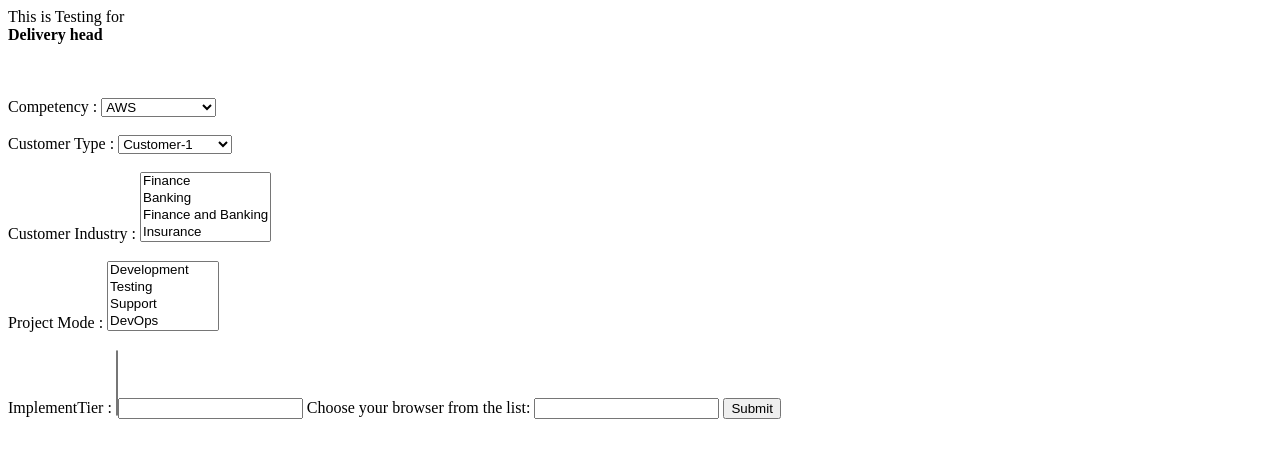
Repository: Perwaiz21/STS
Page: http://localhost/AWS_Web/
The author's editor kept a copy of each file at every save. The page is drawn from the files as they stood at one save, then again after the next save.
The browser window is 1280 px wide. The pictures show the whole page.
The page is served by Tomcat 9.

Above is the page before, as saved 2021-02-18 09:54:19.

After the next save:
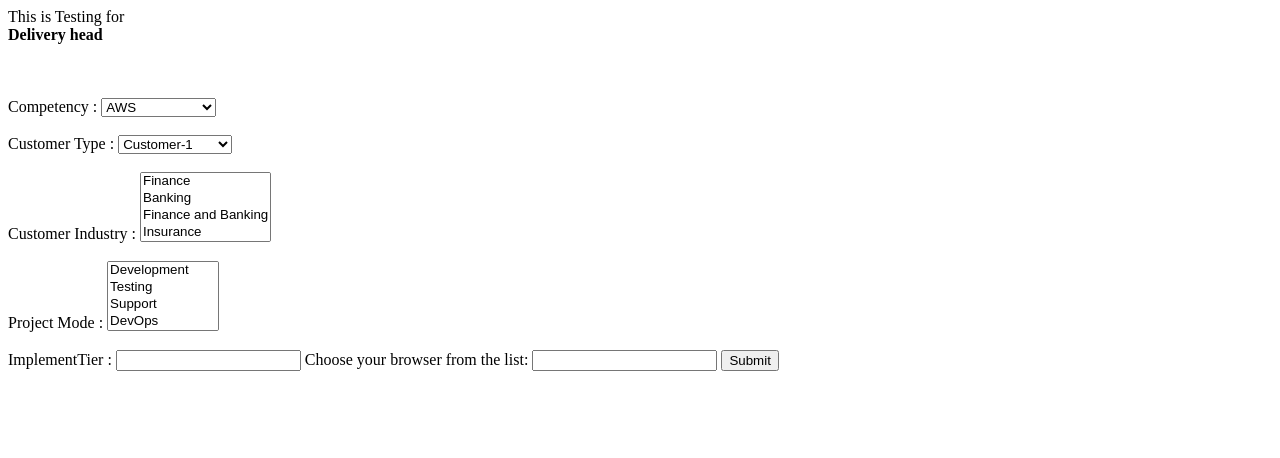
Saved 6 s later.
--- a/AWS_Web/WebContent/index.jsp
+++ b/AWS_Web/WebContent/index.jsp
@@ -49,7 +49,7 @@
 			<option value="Management">Management</option>
 			<option value="DB Administration">DB Administration</option>
 		</select> <br> <br> <label for="ImplementTier ">ImplementTier
-			:</label> <select name="ImplementTier" id="ImplementTier" multiple>
+			:</label><!--  <select name="ImplementTier" id="ImplementTier" multiple> -->
 			<input
 			list="ImplementTier" name="ImplementTier" id="ImplementTier">
 			<datalist id="ImplementTier">
